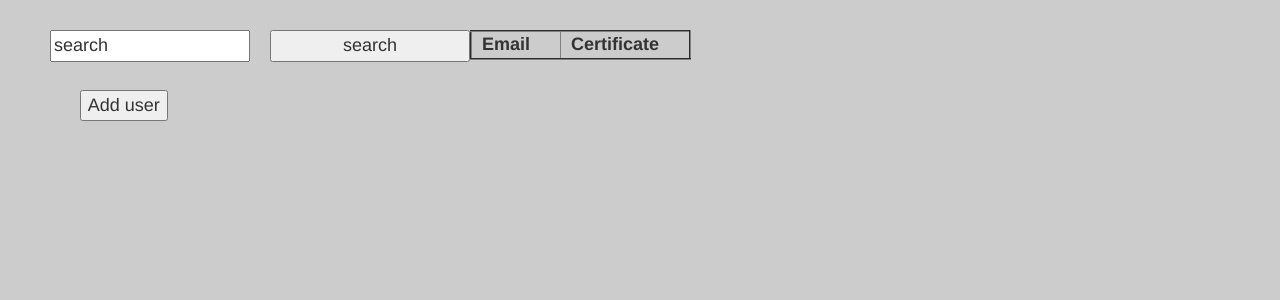
Repository: marijabroceta/ProjekatIB
Page: IB_Project_Shell/src/main/resources/static/main_page.html
An editor plug-in stored every save of this project. The page is shown before and after the next save, followed by the edit.
The browser window is 1280 px wide. The pictures show the whole page.
The page's requests for data from a server got no answer.

Above is the page before, as saved 2018-06-30 22:23:12.

### IB_Project_Shell/src/main/resources/static/main_page.html
<!DOCTYPE html>
<html>
<head>
	<title>Main</title>
	<script src="js/jquery-2.1.4.min.js"></script>
	<link rel="stylesheet" type="text/css" href="bootstrap/css/bootstrap.min.css"/>
    <script src="bootstrap/js/bootstrap.min.js"></script>
    <link rel="stylesheet" type="text/css" href="css/main_page.css">
    <script src="js/main_page.js" type="text/javascript"></script>
</head>
<body>

	<div id="table">
		<div id="search_div">
			<input type="text" name="search" id="search" value="search"/>
			<input type="button" name="search_btn" id="search_btn" value="search"/>
		</div>
		<table id="users_table" border="2">
			<tr>
				<th>Email</th>
				<th>Certificate</th>
			</tr>
		</table>
		<div id="buttons">
			<button id="add_user">Add user</button>
			<button id="activate_user">Activate user</button>
		</div>

		<div id="add_form">
			<form name="add_user_form" method="post" id="add_user_form">
		       	<label id="email_lbl" for="email">Email</label>
		 		<input type="text" id="email" name="email"><br>
		 		<label id="pass_lbl" for="password">Password</label>
		 		<input type="password" id="password" name="password"><br>
		 		<input type="submit" name="submit" id="submit" value="submit" class="button" /><br>
		 		<input type="button" name="cancel" id="cancel" value="cancel" class="button" />
	    	</form>
		</div>
		<div id="table_inactive">
			<table id="users_inactive" border="2">

		</table>
		</div>
	</div>

</body>
</html>

### IB_Project_Shell/src/main/resources/static/css/main_page.css
#table{
	/*position: absolute;
    top: 20%;
    left: 30%;
    right: 30%;
    bottom: 20%;*/
    margin-top: 30px;
    margin-left: 30px;
    font-size: 18px;
}

#table_inactive{
	margin-top: 30px;

    font-size: 18px;
}

th{
	padding-right: 30px;
	padding-left: 10px;
}

body {
    text-align: center;
    background: #ccc;
}

#buttons{
	margin-top: 30px;
	margin-right: 85%;
}



#add_form{
	margin-top: 30px;
}

label,input {
 display: block;
width: 200px;
 float: left;
 margin-left: 20px;
 margin-bottom: 10px;

}

label {
 text-align: right;
 width: 75px;
 padding-right: 20px;

}

br {
 clear: left;
}

#submit,#cancel{
	margin-left:115px;
}

### IB_Project_Shell/src/main/resources/static/js/main_page.js
$(document).ready(function(){
	var user_id = 0;
	var token = localStorage.getItem("token");
	console.log(token);
	var logged = null;
	var activate_user = $('#activate_user');
	$('#add_form').hide();
	activate_user.hide();

	$.ajax({
		url: "https://localhost:8443/api/users/logged",
		type: 'GET',
		headers: { "Authorization": "Bearer " + token},
		contentType : "application/json",
		dataType:'json',
		crossDomain: true,
		success : function(response) {

			console.log("logged " + response.authorities[0].name);
			logged = response;
			if(logged.authorities[0].name == "ADMIN"){
				activate_user.show();
				activate_user.on('click',function(e){
					$.ajax({
						headers:{"Authorization" :"Bearer " + token},
						contentType: 'application/json',
						type: 'GET',
						dataType:'json',
						crossDomain: true,
						url:'https://localhost:8443/api/users/inactive',
						success:function(response){
							table_header_inactive();
							var table = $('#users_inactive');
							for(var i=0; i<response.length; i++) {
								user = response[i];
								console.log(user);
								table.append('<tr class="data">'+
												'<td>'+user.email+'</td>'+
												'<td>'+user.active+'</td>'+
												'<td><button id="activate_btn" onclick="activate_users(' + user.id + ')" class="btn btn-default">Activate</button></td>'+
											'</tr>');
							}
						}
					});
				});
			}
		},
		error: function (jqXHR, textStatus, errorThrown) {
			console.log(jqXHR.status);
			console.log(jqXHR);

		}
	});


	$.ajax({

		headers:{"Authorization" :"Bearer " + token
			},
		contentType: 'application/json',
		type: 'GET',
		dataType:'json',
		crossDomain: true,
		url:'https://localhost:8443/api/users',
		success:function(response){
			table_header();
			var table = $('#users_table');
			for(var i=0; i<response.length; i++) {
				user = response[i];
				console.log(user);
				table.append('<tr class="data">'+
								'<td>'+user.email+'</td>'+
								'<td>'+user.authorities[0].name+'</td>'+
								'<td><button class="btn btn-default">Download</button></td>'+
							'</tr>');
			}
		},
		error: function (jqXHR, textStatus, errorThrown) {
			console.log(jqXHR);
			alert(textStatus);
		}
	});




	$('#add_user').on('click',function(e){
		$('#add_form').show();
		e.preventDefault();
		return false;
	});

	$('#cancel').on('click',function(e){
		$('#add_form').hide();
		e.preventDefault();
		return false;
	});

	$('input#submit').on('click',function(e){

		console.log("submit");
		var email = $('#email').val().trim();
		var password = $('#password').val().trim();

		var data = {
				'email':email,
				'password':password
			}
			console.log(data);
		$.ajax({
				type: 'POST',
		        contentType: 'application/json',
		        headers:{"Authorization" :"Bearer " + token,
		        	"Access-Control-Allow-Origin": "*"},
		        url: 'https://localhost:8443/api/users/save',
		        data: JSON.stringify(data),
		        dataType: 'json',
		        crossDomain: true,
				cache: false,
				processData: false,
				success:function(response){
					alert("Created");
				},
				error: function (jqXHR, textStatus, errorThrown) {
					console.log(jqXHR);
					alert(textStatus);
				}
		});
		e.preventDefault();
		return false;
	});
});

function table_header(){
	var table = $('#users_table');
	table.empty();
	table.append('<tr>'+
					'<th>Email</th>'+
					'<th>Role</th>'+
					'<th>Certificate</th>'+
				'</tr>');
}

function table_header_inactive(){
	var table = $('#users_inactive');
	table.empty();
	table.append('<tr>'+
					'<th>Email</th>'+
					'<th>Active</th>'+

				'</tr>');
}

function activate_users(id){
	var token = localStorage.getItem("token");
	user_id = id;
	console.log(user_id);
	$.ajax({
		type: 'PUT',
        contentType: 'application/json',
        headers:{"Authorization" :"Bearer " + token},

        url: 'https://localhost:8443/api/users/' + id,

        dataType: 'json',
        crossDomain: true,
		cache: false,
		processData: false,
		success:function(response){
			alert("Activated");
		},
		error: function (jqXHR, textStatus, errorThrown) {
			console.log(jqXHR);
			alert(textStatus);
		}
	});
}

function get_users(){

}

Loaded but not shown: IB_Project_Shell/src/main/resources/static/js/jquery-2.1.4.min.js (library); IB_Project_Shell/src/main/resources/static/bootstrap/css/bootstrap.min.css (library); IB_Project_Shell/src/main/resources/static/bootstrap/js/bootstrap.min.js (library)

After the next save:
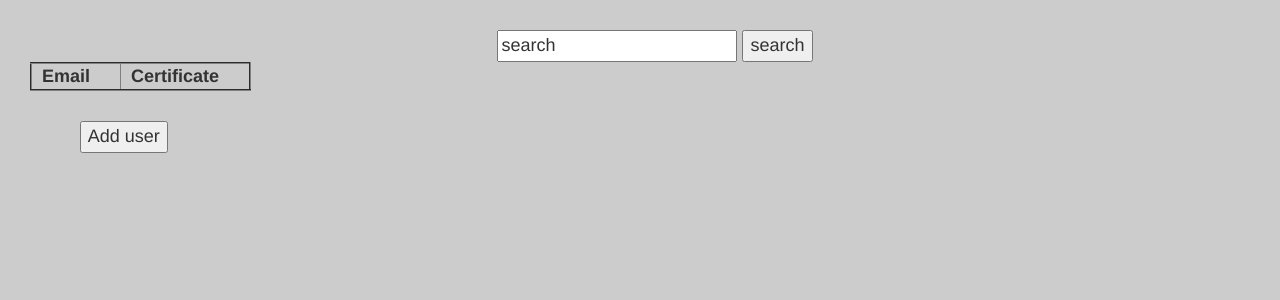
Saved 71 s later.
--- a/IB_Project_Shell/src/main/resources/static/css/main_page.css
+++ b/IB_Project_Shell/src/main/resources/static/css/main_page.css
@@ -36,13 +36,21 @@ body {
 	margin-top: 30px;
 }
 
-label,input {
+/*label,input {
  display: block;
 width: 200px;
  float: left;
  margin-left: 20px;
  margin-bottom: 10px;
 
+}*/
+
+#email_lbl,#pass_lbl,#email,#password,#submit,#cancel{
+	display: block;
+width: 200px;
+ float: left;
+ margin-left: 20px;
+ margin-bottom: 10px;
 }
 
 label {
